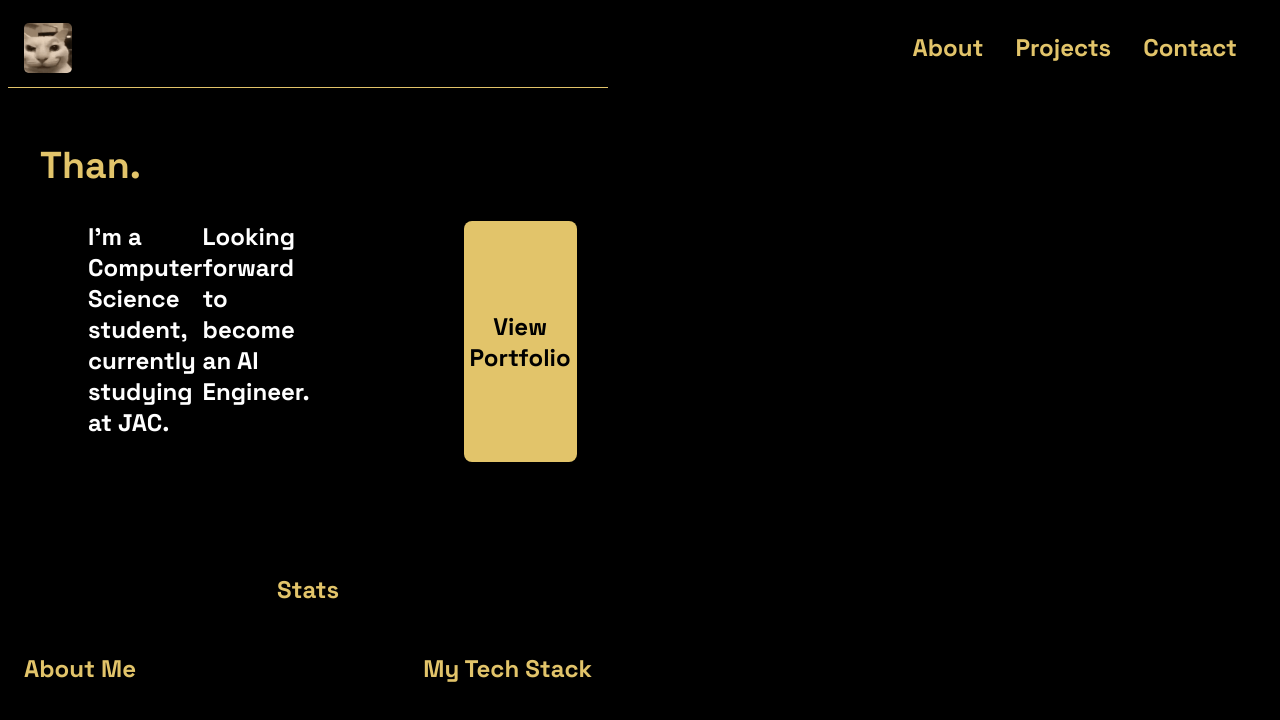
Repository: Than-dot/Than-dot
Page: index.html
The author's editor kept a copy of each file at every save. The page is drawn from the files as they stood at one save, then again after the next save.
The browser window is 1280 px wide. The pictures show the whole page.

Above is the page before, as saved 2026-05-06 12:47:57.

### index.html
<!doctype html>
<html lang="en">
  <head>
    <meta charset="UTF-8" />
    <meta name="viewport" content="width=device-width, initial-scale=1.0" />
    <title>Than</title>
    <link rel="stylesheet" href="styles/global.css" />
    <link rel="stylesheet" href="styles/index.css" />
  </head>

  <body>
    <header>
      <nav>
        <img src="./assets/images/uncanny-cat-freaky.png" alt="cat" />
        <ul class="nav-center">
          <li>About</li>
          <li>Projects</li>
          <li>Contact</li>
        </ul>
      </nav>
    </header>
    <main>
      <section class="container1">
        <article class="f-art"><h1>Than.</h1></article>
        <aside class="f-asi">
          <p>I'm a Computer Science student, currently studying at JAC.</p>
          <p>Looking forward to become an AI Engineer.</p>
          <button>View Portfolio</button>
        </aside>
        <article class="stats">Stats</article>
      </section>
    </main>
    <section class="container2">
      <aside class="s-asi">About Me</aside>
      <article class="s-art">My Tech Stack</article>
    </section>
  </body>
</html>

### styles/global.css
@font-face {
  font-family: Space-Grotesk;
  src: url(/assets/font/Space_Grotesk/SpaceGrotesk-VariableFont_wght.ttf);
}

body {
  font-family: Space-Grotesk, sans-serif;
  font-weight: bold;
  font-size: 1.5rem;
}

button {
  font-family: Space-Grotesk, sans-serif;
  font-weight: bold;
  font-size: 1.5rem;
}

.f-art {
  font-size: 2rem;
}

### styles/index.css
body {
  width: 100%;
  max-width: 600px;
  background-color: black;
  color: #e2c46a;
}
.container1 {
  display: flex;
  flex-direction: column;
}

.f-art {
  margin: 2rem;
  margin-top: 1rem;
}

.f-asi {
  display: grid;
  margin-top: 0;
  justify-content: space-between;
}

p {
  margin: 0;
  margin-bottom: 1.5rem;
  color: white;
}

.stats {
  text-align: center;
  margin: 2rem;
}

.s-art {
}

.s-asi {
}

.container2 {
  display: flex;
  flex-direction: row;
  justify-content: space-between;
  margin: 1rem;
}

button {
  border-radius: 8px;
  border: none;
  max-width: 10rem;
  margin-left: 35%;
  background-color: #e2c46a;
}

img {
  height: 50px;
  width: auto;
  margin-left: 1rem;
  border-radius: 10%;
}

.nav-center {
  display: flex;
  gap: 32px;
  list-style: none;
  margin-left: 10rem;
}

nav {
  align-items: center;
  display: flex;
  border-bottom: 1px solid #e2c46a;
}

h1 {
  margin-bottom: 0;
}

@media screen and (min-width: 700px) {
  body {
    width: 100%;
  }
  .nav-center {
    display: flex;
    gap: 32px;
    list-style: none;
    margin-left: 50rem;
  }
  .f-asi {
    display: grid;
    margin-top: 0;
    justify-content: space-between;
  }
  .f-asi {
    display: flex;
    margin: 5rem;
    margin-top: 0;
    justify-content: space-between;
  }
}

After the next save:
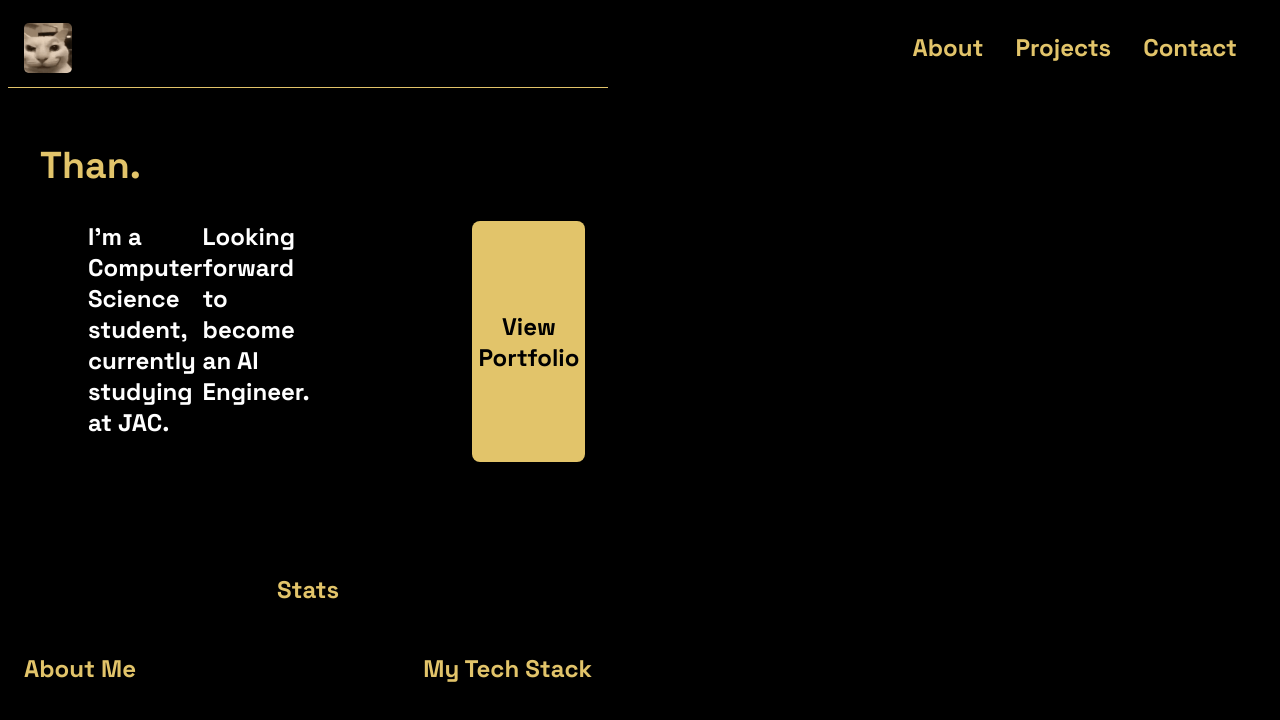
Saved 5 s later.
--- a/styles/index.css
+++ b/styles/index.css
@@ -48,7 +48,7 @@ button {
   border-radius: 8px;
   border: none;
   max-width: 10rem;
-  margin-left: 35%;
+  margin-left: 37%;
   background-color: #e2c46a;
 }
 
